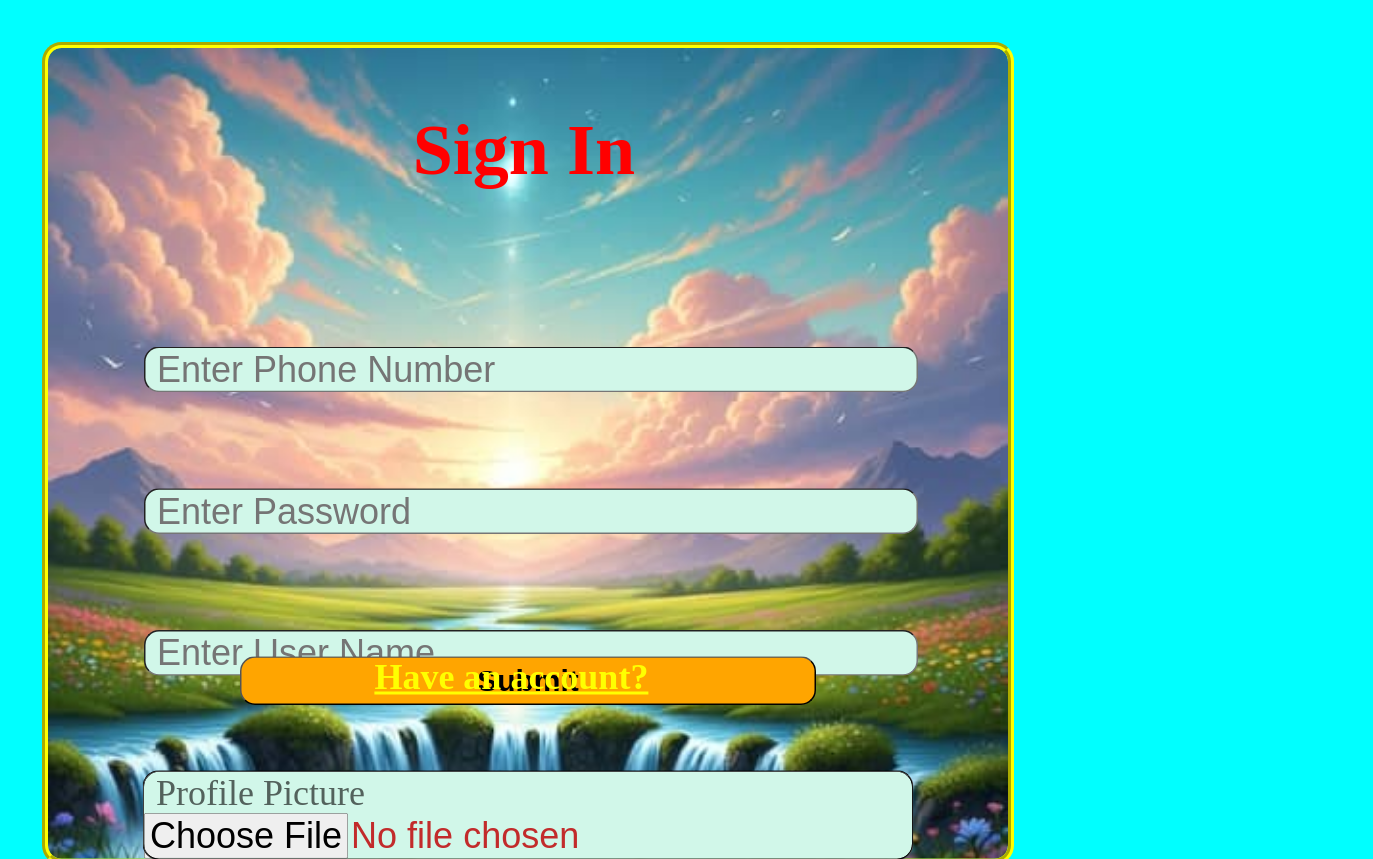
Repository: Amani-Kibet/express-app-web
Page: pages/signup/signIn.html
These files come from the project's save history. The page is drawn as it stood at one moment and after the next save; the edit follows.
The browser window is 1280 px wide. The page is 1830 px wide, then 1280 px, then 1830 px, so the pictures cover 1830 px, including what lies to the right of the window. The pictures show the whole page, at 75% of full size.

Above is the page before, as saved 2025-09-28 18:08:18.

After the next save:
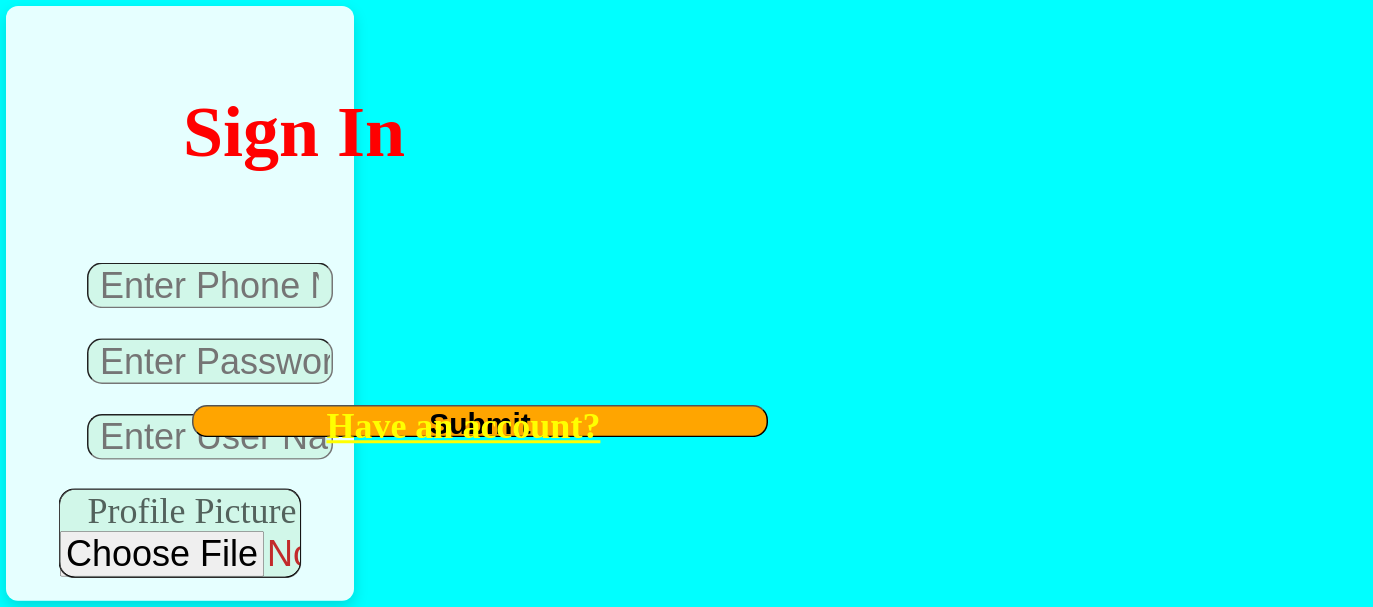
Saved 51 s later.
--- a/pages/signup/signIn.html
+++ b/pages/signup/signIn.html
@@ -7,16 +7,15 @@
       background-color: cyan;
     }
   #board{
-    background: url(/pictures/p1.png);
-    background-size: cover;
-    width: 100vw;
-    height: auto;
-    border-radius: 18px;
-    outline: 8px groove yellow;
-    position: absolute;
-    top: 4rem;
-    left: 4rem;
-  }
+    background: rgba(255, 255, 255, 0.9);
+    padding: 2rem;
+    border-radius: 16px;
+    box-shadow: 0 8px 20px rgba(0, 0, 0, 0.15);
+    text-align: center;
+    width: 90%;
+    max-width: 400px;
+    transition: all 0.3s ease-in-out;
+}
   h2{
     color: red;
     position: relative;

After the save that followed:
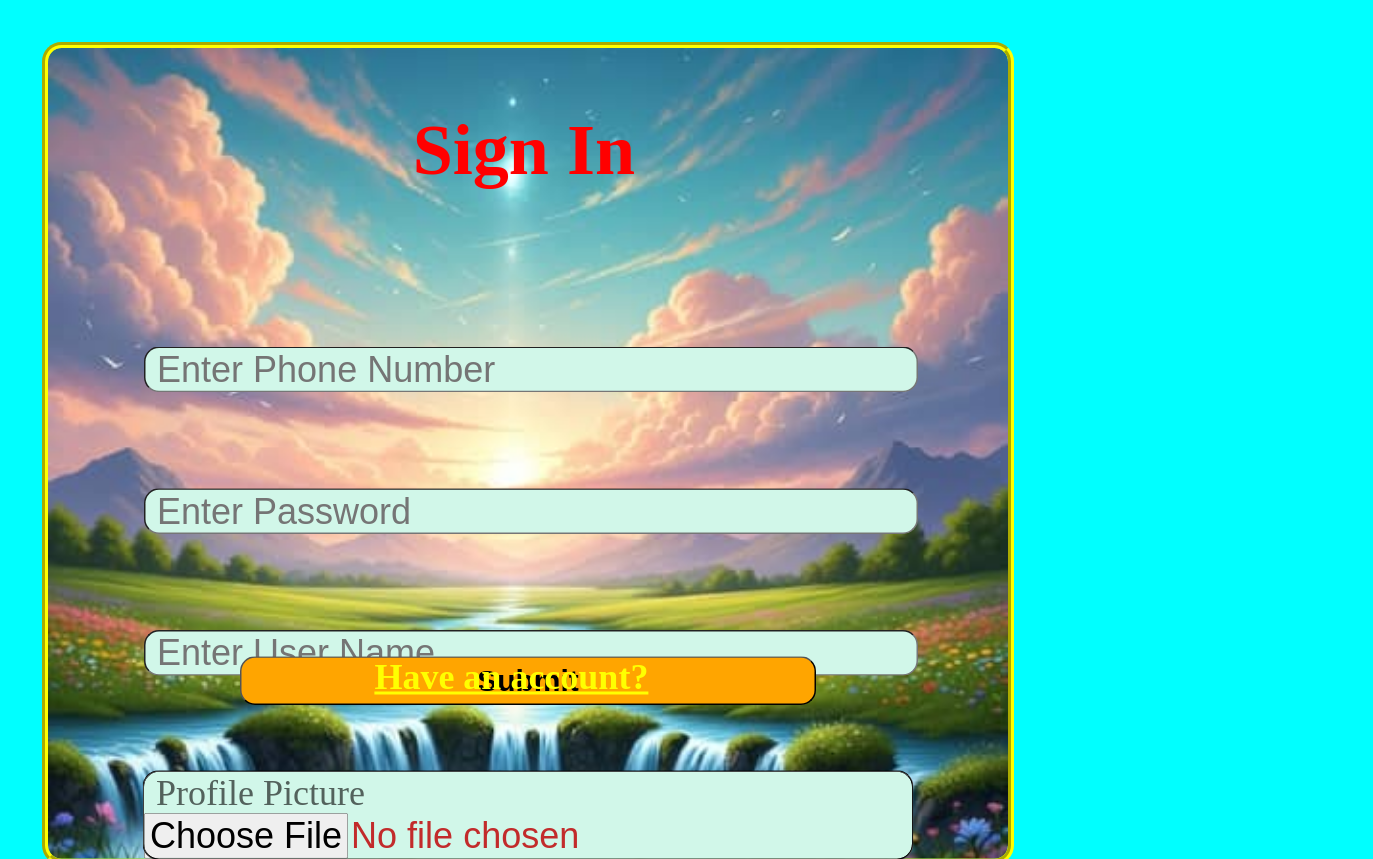
Saved 9 s later.
--- a/pages/signup/signIn.html
+++ b/pages/signup/signIn.html
@@ -7,15 +7,16 @@
       background-color: cyan;
     }
   #board{
-    background: rgba(255, 255, 255, 0.9);
-    padding: 2rem;
-    border-radius: 16px;
-    box-shadow: 0 8px 20px rgba(0, 0, 0, 0.15);
-    text-align: center;
-    width: 90%;
-    max-width: 400px;
-    transition: all 0.3s ease-in-out;
-}
+    background: url(/pictures/p1.png);
+    background-size: cover;
+    width: 100vw;
+    height: auto;
+    border-radius: 18px;
+    outline: 8px groove yellow;
+    position: absolute;
+    top: 4rem;
+    left: 4rem;
+  }
   h2{
     color: red;
     position: relative;
